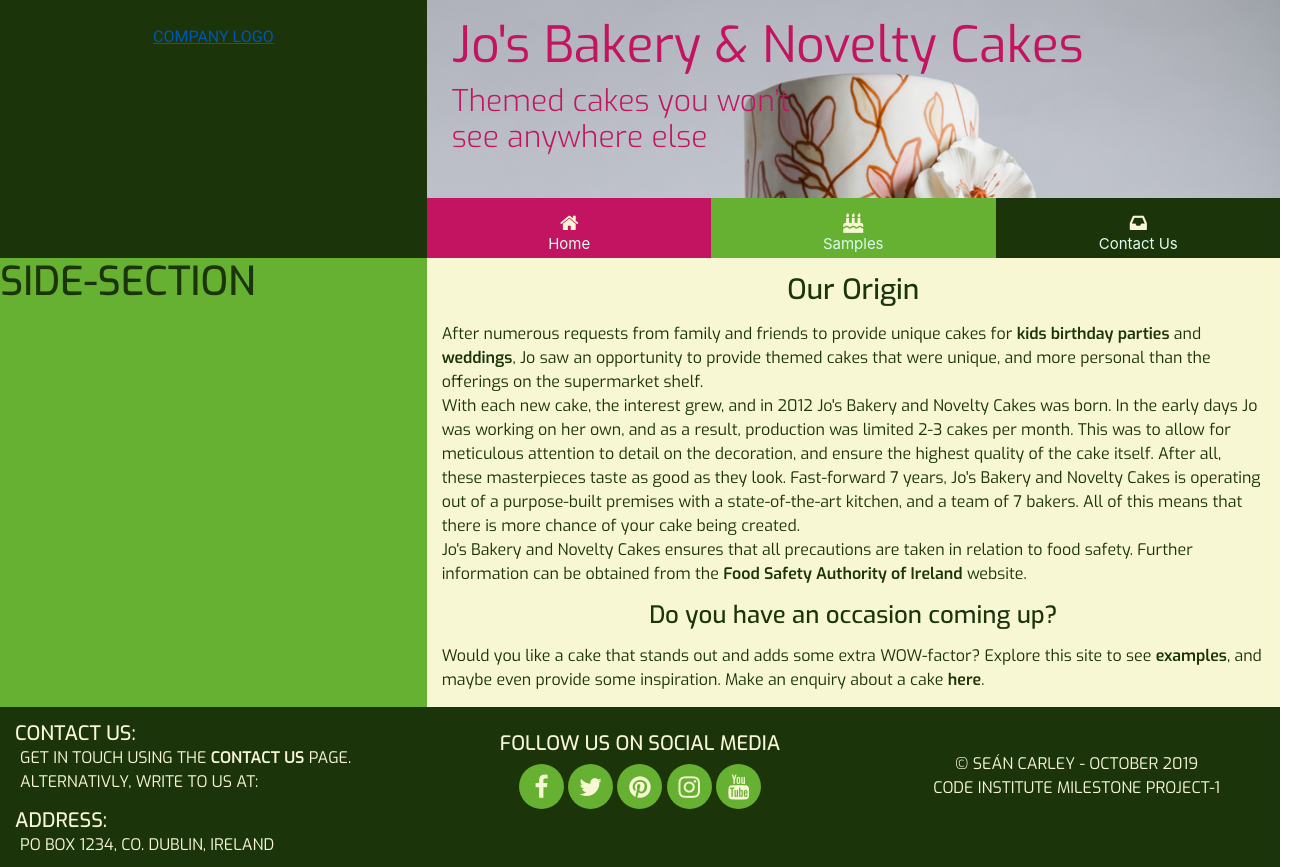
Repository: seanjcarley/Milestone1
Page: index.html
The author's editor kept a record of every edit. The page is drawn from the files as they stood at one moment, then again after the next edit.
The browser window is 1280 px wide. The page is 1295 px wide, so the pictures cover 1295 px, including what lies to the right of the window. The pictures show the whole page.

Above is the page before.

### index.html
<!DOCTYPE html>
<html lang="en">

<head>
    <meta charset="UTF-8">
    <meta name="viewport" content="width=device-width, initial-scale=1.0">
    <meta http-equiv="X-UA-Compatible" content="ie=edge">
    <link rel="stylesheet" href="https://stackpath.bootstrapcdn.com/bootstrap/4.3.1/css/bootstrap.min.css" type="text/css" />
    <link rel="stylesheet" href="https://stackpath.bootstrapcdn.com/font-awesome/4.7.0/css/font-awesome.min.css" type="text/css">
    <link rel="stylesheet" href="https://cdnjs.cloudflare.com/ajax/libs/hover.css/2.3.1/css/hover-min.css" type="text/css">
    <link rel="stylesheet" href="css/style.css">
    <title>Jo's Bakery and Novelty Cakes</title>
</head>

<body>
    <header>
        <div class="row no-gutters">
            <a href="#" class="col-md-4 logo">COMPANY LOGO</a>
            <div class="col-md-8 cake-image">
                <div class="row no-gutters">
                    <div class="col page-header">
                        <h1 class="name caps">Jo's Bakery & Novelty Cakes</h1>
                        <h2 class="tag-line caps">Themed cakes you won’t<br/>see anywhere else</h2>
                    </div>
                </div>
                <div class="row no-gutters">
                    <div class="col">
                        <ul id="nav" class="list-inline menucontainer">
                            <li class="col col-sm-4 menu-item-color-home list-inline-item menuitem">
                                <a class="hvr-sweep-to-right" href="index.html"><i class="fa fa-home" aria-hidden="true"></i><span>Home</span></a>
                            </li>
                            <li class="col col-sm-4 menu-item-color-samples list-inline-item menuitem">
                                <a class="hvr-sweep-to-right" href="showcase.html"><i class="fa fa-birthday-cake" aria-hidden="true"></i><span>Samples</span></a>
                            </li>
                            <li class="col col-sm-4 menu-item-color-contact list-inline-item menuitem">
                                <a class="hvr-sweep-to-right" href="contact.html"><i class="fa fa-inbox" aria-hidden="true"></i><span>Contact Us</span></a>
                            </li>
                        </ul>
                    </div>
                </div>
            </div>
        </div>
    </header>
    <section class="section-color">
        <div class="row no-gutters">
            <div class="col-md-4 side-section desktop">
                <h1>SIDE-SECTION</h1>
            </div>
            <div class="col-md-8 main-section">
                <!--<h1>MAIN-SECTION</h1>-->
                <h3 class="origin">Our Origin</h3>
                <p class="section-txt">
                    After numerous requests from family and friends to provide
                    unique cakes for <a href="#"><span class="bold">kids
                    birthday parties</span></a> and <a href="#"><span class="bold">weddings</span></a>,
                    Jo saw an opportunity to provide themed
                    cakes that were unique, and more personal than the offerings
                    on the supermarket shelf.
                    <br/> With each new cake, the interest grew, and in 2012 Jo's
                    Bakery and Novelty Cakes was born. In the early days Jo was
                    working on her own, and as a result, production was limited
                    2-3 cakes per month. This was to allow for meticulous
                    attention to detail on the decoration, and ensure the highest
                    quality of the cake itself. After all, these masterpieces
                    taste as good as they look. Fast-forward 7 years, Jo's Bakery
                    and Novelty Cakes is operating out of a purpose-built
                    premises with a state-of-the-art kitchen, and a team of 7 bakers.
                    All of this means that there is more chance of your cake being
                    created.
                    <br/> Jo's Bakery and Novelty Cakes ensures that all
                    precautions are taken in relation to food safety. Further
                    information can be obtained from the
                    <a href="https://www.fsai.ie/" target="_blank"><span class="bold">Food Safety Authority of Ireland</span></a> website.
                </p>
                <h4 class="question">Do you have an occasion coming up?</h4>
                <p class="section-txt">
                    Would you like a cake that stands out and adds some extra
                    WOW-factor? Explore this site to see <a href="#"><span class="bold">examples</span></a>,
                    and maybe even provide some inspiration. Make an enquiry about a cake <a href="contact.html"><span class="bold">here</span></a>.
                </p>
            </div>
            <!--<div class="col-md-3 side-section desktop">
                <h1>SIDE-SECTION</h1>
            </div>-->
        </div>
    </section>
    <footer class="footer-color">
        <div class="row">
            <div class="col-md-4">
                <!--<h1>FOOTER1</h1>-->
                <h5 class="footer-h5 uppercase">Contact us: </h5>
                <p class="footer-text uppercase">Get in touch using the <a href="contact.html"><span class="bold">Contact us</span></a> page. Alternativly, write to us at:</p>
                <h5 class="footer-h5 uppercase">Address: </h5>
                <p class="footer-address uppercase">
                    PO Box 1234, <!--<br/>-->
                    Co. Dublin, <!--<br/>-->
                    Ireland
                </p>
            </div>
            <div class="col-md-4 social">
                <!--<h1>FOOTER2</h1>-->
                <h5 class="uppercase">Follow us on Social Media</h5>
                <ul class="list-inline social-icons">
                    <li class="list-inline-item socialitem">
                        <a target="_blank" href="#">
                            <i class="fa fa-facebook" aria-hidden="true"></i>
                            <span class="sr-only">Facebook</span> <!-- This will be read by a screen reader. It does not show on the page -->
                        </a>
                    </li>
                    <li class="list-inline-item socialitem">
                        <a target="_blank" href="#">
                            <i class="fa fa-twitter" aria-hidden="true"></i>
                            <span class="sr-only">Twitter</span> <!-- This will be read by a screen reader. It does not show on the page -->
                        </a>
                    </li>
                    <!--<li class="list-inline-item socialitem">
                        <a target="_blank" href="#">
                            <i class="fa fa-linkedin" aria-hidden="true"></i>
                            <span class="sr-only">LinkedIn</span>
                        </a>
                    </li>-->
                    <li class="list-inline-item socialitem">
                        <a target="_blank" href="#">
                            <i class="fa fa-pinterest" aria-hidden="true"></i>
                            <span class="sr-only">Pinterest</span> <!-- This will be read by a screen reader. It does not show on the page -->
                        </a>
                    </li>
                    <li class="list-inline-item socialitem">
                        <a target="_blank" href="#">
                            <i class="fa fa-instagram" aria-hidden="true"></i>
                            <span class="sr-only">Instagram</span> <!-- This will be read by a screen reader. It does not show on the page -->
                        </a>
                    </li>
                    <li class="list-inline-item socialitem">
                        <a target="_blank" href="#">
                            <i class="fa fa-youtube" aria-hidden="true"></i>
                            <span class="sr-only">YouTube</span> <!-- This will be read by a screen reader. It does not show on the page -->
                        </a>
                    </li>
                </ul>
            </div>
            <div class="col-md-4 copyrite uppercase">
                <!--<h1>FOOTER3</h1>-->
                &copy; Seán Carley - October 2019
                <br/> Code Institute Milestone Project-1
            </div>
        </div>
    </footer>
</body>

</html>

### css/style.css
@import url('https://fonts.googleapis.com/css?family=Roboto:100,200,300,400,500,600,700|Exo:100,200,300,400,500,600,700');

/*----------------------------------------------------------------------------*/
/* Colours */
/*----------------------------------------------------------------------------*/

.menu-item-color-home {
    background-color: #C21460;
    color: #F7F7D4;
}

.menu-item-color-samples {
    background-color: #66B032;
    color: #F7F7D4;
}

.menu-item-color-contact {
    background-color: #1B3409;
    color: #F7F7D4;
}

.section-color {
    background-color: #F7F7D4;
    color: #1B3409;
}

.side-section {
    background-color: #66B032;
}

.footer-color {
    background-color: #1B3409;
    color: #F7F7D4;
}

/*----------------------------------------------------------------------------*/
/* Body */
/*----------------------------------------------------------------------------*/

body {
    margin: 0;
    min-height: 100%;
}

/*----------------------------------------------------------------------------*/
/* Header */
/*----------------------------------------------------------------------------*/

header {
    margin: 20;
    background-color: #fefe33;
}

.cake-image {
    background: url("../images/980x1123Slider_0004_Slider_2_Left.jpg");
    background-size: cover;
}

.page-header {
    margin-top: 15px;
    margin-bottom: 35px;
}

.name {
    font-family: "Exo", sans-serif;
    font-weight: 400;
    font-size: 50px;
    margin-left: 25px;
    color: #C21460;
}

.tag-line {
    font-family: "Exo", sans-serif;
    font-weight: 300;
    font-size: 30px;
    margin-left: 25px;
    color: #C21460;
    /*color: #66B032;*/
}

.logo {
    background: url("#");
    background-position: center;
    background-repeat: no-repeat;
    background-size: cover;
    background-color: #1B3409;
    font-family: "Roboto", sans-serif;
    text-align: center;
    padding-top: 25px;
    min-height: 240px;
}

.list-inline-item:not(:last-child) {
    margin-right: 0;
}

.menucontainer {
    font-size: 0;
}

#nav li {
    font-size: 14px;
    padding: 0;
}

#nav {
    margin: 0;
}

.menuitem {
    height: 60px;
    text-align: center;
    padding: 0;
}

.menuitem a {
    width: 100%;
    text-decoration: none;
    color: #defdef;
    height: 100%;
}

.menuitem a i {
    padding-top: 15px;
    display: block;
    color: #F7F7D4;;
    font-size: 20px;
}

.menuitem span {
    display: block;
    font-size: 15px;
}

.hvr-sweep-to-bottom:before,
.hvr-sweep-to-top:before,
.hvr-sweep-to-right:before {
    background: rgba(0, 0, 0, 0.2);
    height: 60px;
}

/*----------------------------------------------------------------------------*/
/* Index Section */
/*----------------------------------------------------------------------------*/

section {
    margin: 0;
    font-family: "Exo", sans-serif;
}

.main-section {
    padding-left: 15px;
}

.origin {
    text-align: center;
    padding-top: 15px;
}

.section-txt {
    margin: 15px;
}

.section-txt a {
    text-decoration: none;
    color: #1B3409;
}

.section-txt a:hover {
    color: #C21460;
}

.question {
    text-align: center;
}

/*----------------------------------------------------------------------------*/
/* Contact Section */
/*----------------------------------------------------------------------------*/

.form-heading {
    font-family: "Exo", sans-serif;
    font-weight: 500;
    margin-top: 25px;
    /*margin-bottom: ;*/
    text-align: center;
}

.center-form {
    padding-top: 10px;
    margin: 0 auto;
    max-width: 60%;
    text-align: center;
}

button[type="submit"] {
    margin-top: 15px;
    margin-bottom: 20px;
    color: #F7F7D4;
    background-color: #1B3409;
}

button[type="submit"]:hover {
    color: #66B032;
    background-color: #C21460;
    font-weight: 300;
     transition: all 0.35s ease-in-out;
    -moz-transition: all 0.35s ease-in-out;
    -webkit-transition: all 0.35s ease-in-out;
    -o-transition: all 0.35s ease-in-out;
}

#name-field {
    background-color: #66B032;
    color: #F7F7D4;
}

#email-field {
    background-color: #66B032;
    color: #F7F7D4;
}

/* Trying to overe ride the color of the placeholder text on the form */
/*#email-field:before {
    background-color: #66B032;
    color: #66B032;
}*/

#phone-field {
    background-color: #66B032;
    color: #F7F7D4;
}

#desc-field {
    background-color: #66B032;
    color: #F7F7D4;
}

#budget-field {
    background-color: #66B032;
    color: #F7F7D4;
}

/*----------------------------------------------------------------------------*/
/* Footer */
/*----------------------------------------------------------------------------*/

footer {
    margin: 0;
    font-family: "Exo", sans-serif;
}

.footer-text {
    margin: 0;
    padding-left: 20px;
    padding-top: 0;
}

.footer-text a {
    text-decoration: none;
    color: #F7F7D4;
}

.footer-text a:hover {
    color: #66B032;
}

.footer-h5 {
    margin: 0;
    padding-left: 15px;
    padding-top: 15px;
}

.footer-address {
    margin: 0;
    padding-left: 20px;
    padding-top: 0;
    padding-bottom: 10px;
}

.copyrite {
    text-align: center;
    margin-top: 45px;
    font-size: 100;
}

.social {
    text-align: center;
    margin-top: 25px;
}

/*.social-icons li a {

}*/

.social-icons li a i {
    width: 45px;
    height: 45px;
    padding: 6px 0;
    /*margin-top: 5px;*/
    border-radius: 50%;
    font-size: 25px;
    background-color: #66B032;
    color: #F7F7D4;
    text-align: center;
    line-height: 35px;
    transition: all 0.35s ease-in-out;
    -moz-transition: all 0.35s ease-in-out;
    -webkit-transition: all 0.35s ease-in-out;
    -o-transition: all 0.35s ease-in-out;
}

.social-icons li a i:hover {
    background-color: #C21460;
    color: #66B032;
}

.socialitem span {
    display: block;
    width: 100%;
    font-size: 35px;
}

.bold {
    font-weight: 600;
}

.uppercase {
    text-transform: uppercase;
}

/*----------------------------------------------------------------------------*/
/* Media Queries */
/*----------------------------------------------------------------------------*/

@media (max-width:767px) {
    .logo {
        display: none;
    }

    .page-header {
    margin-top: 15px;
    margin-bottom: 10px;
    color: #F7F7D4;
    }

    .desktop {
        display: none;
    }
}

After the next edit:
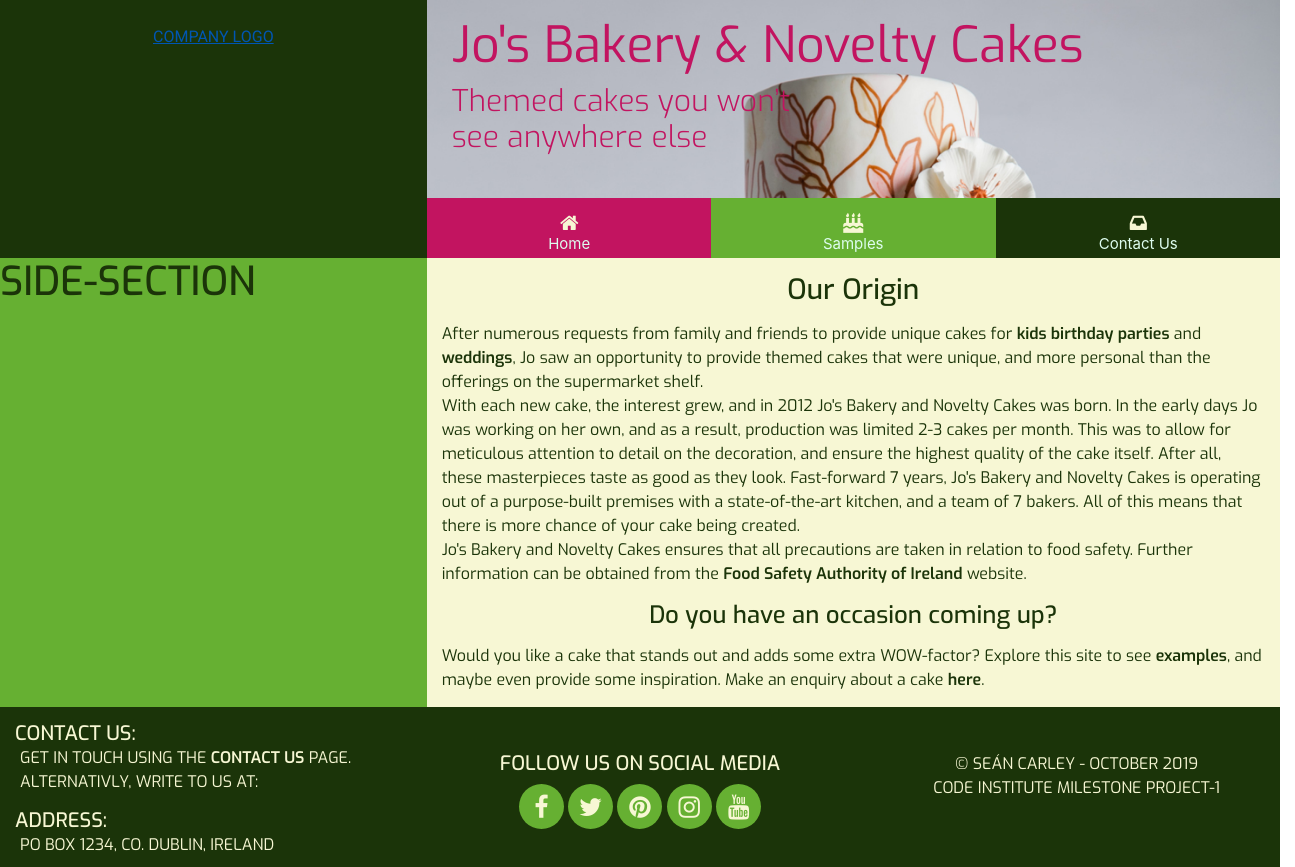
The edit:
--- a/css/style.css
+++ b/css/style.css
@@ -286,7 +286,7 @@
 
 .social {
     text-align: center;
-    margin-top: 25px;
+    margin-top: 45px;
 }
 
 /*.social-icons li a {
